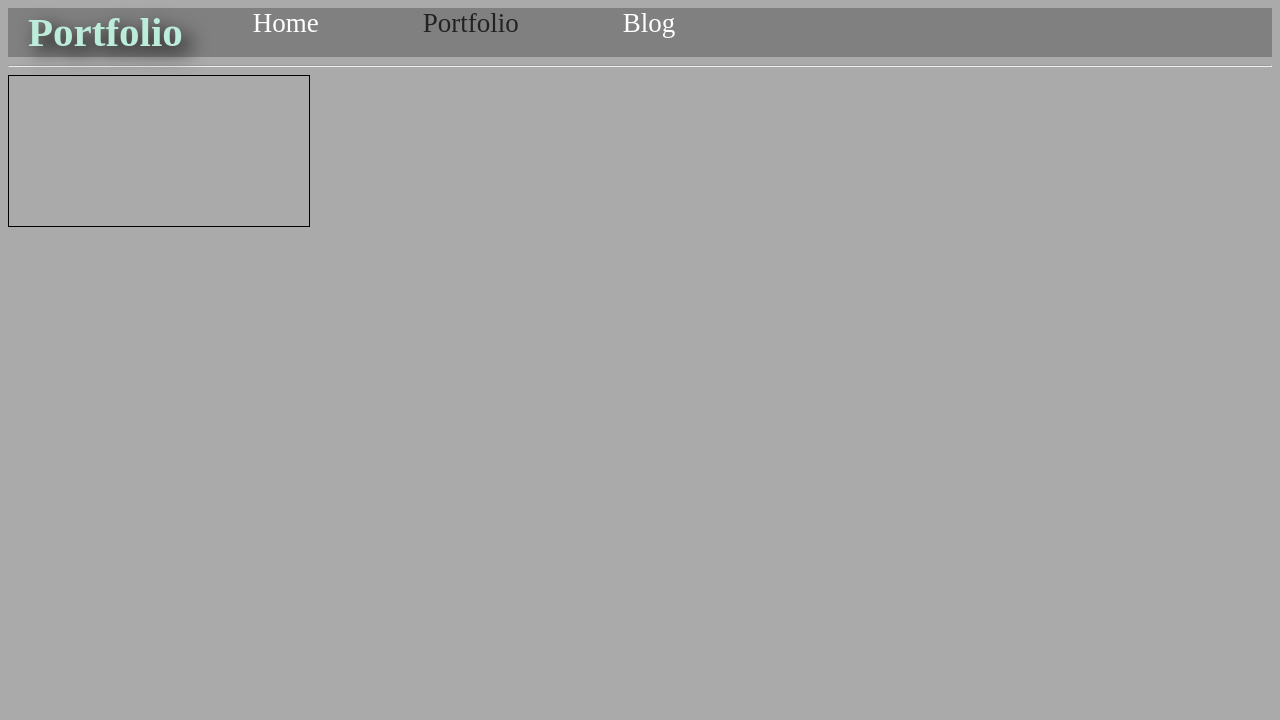
Repository: TundraGrassland/-TundraGrassland.github.io
Page: portfolio.html
The author's editor kept a record of every edit. The page is drawn from the files as they stood at one moment, then again after the next edit.
The browser window is 1280 px wide. The pictures show the whole page.

Above is the page before.

### portfolio.html
<!DOCTYPE html>
<html>
    <head>
        <title>Portfolio</title>
        <link rel='stylesheet' href='style.css'>
        <link rel='icon' href='favicon.ico' type='image/x-icon'/ >
        <meta http-equiv="Content-Type" content="text/html; charset=UTF-8" />
        <script type="text/javascript" src="js/processing.js"></script>
    </head>
    <body>
        <header>
            <h1>Portfolio</h1>
            <ul>
                <li><a class="interactive" href="index.html">Home</a></li>
                <li><a class="interactive current" href="portfolio.html">Portfolio</a></li>
                <li><a class="interactive" href="home.html">Blog</a></li>
            </ul>
            <br>
        </header>

        <hr>
        <script type="text/processing">

        </script>
        <canvas id="sketch" style="border: 1px solid black;"></canvas>
    </body>
</html>

### style.css
header a{
    text-decoration:none;
    color:white;
    font-size:27px;
}
header ul{
    margin:0;
    padding:0;
}
header li{
    float:none;
    display:inline;
    padding:30px 50px 100px 50px;
}
header .interactive:hover{
    color:lightblue;
    font-family:Times;
    filter: drop-shadow(8px 8px 10px black);
}
header h1{
    margin:0;

    float:left;

    padding:0 20px 5px 20px;
    font-size:41px;
    filter: drop-shadow(8px 8px 10px black);
    color:#bcecda;
}
header{
    background-color:grey;
}
body{
    background-color:#aaaaaa;
}
.content{

    color:#ff8f00;
}
.current{
    color:#222222;
}

Loaded but not shown: processing.js (library)

After the next edit:
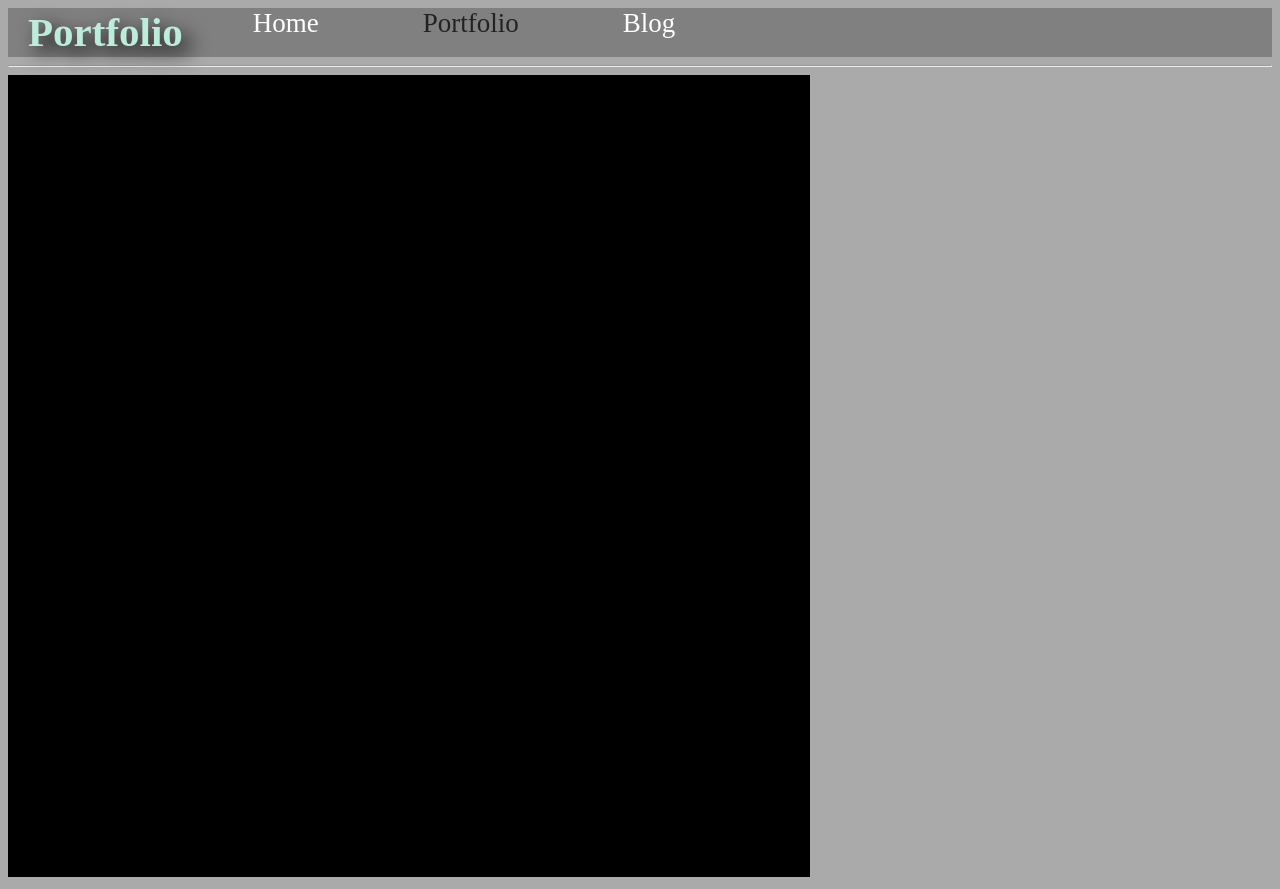
Console error: ReferenceError: circle is not defined
The edit:
--- a/portfolio.html
+++ b/portfolio.html
@@ -20,6 +20,15 @@
 
         <hr>
         <script type="text/processing">
+            void setup(){
+                size(800,800);
+            }
+
+            void draw(){
+                background(0);
+                circle(200,100,100)
+                fill(255)
+            }
 
         </script>
         <canvas id="sketch" style="border: 1px solid black;"></canvas>

After the 3 edits that followed:
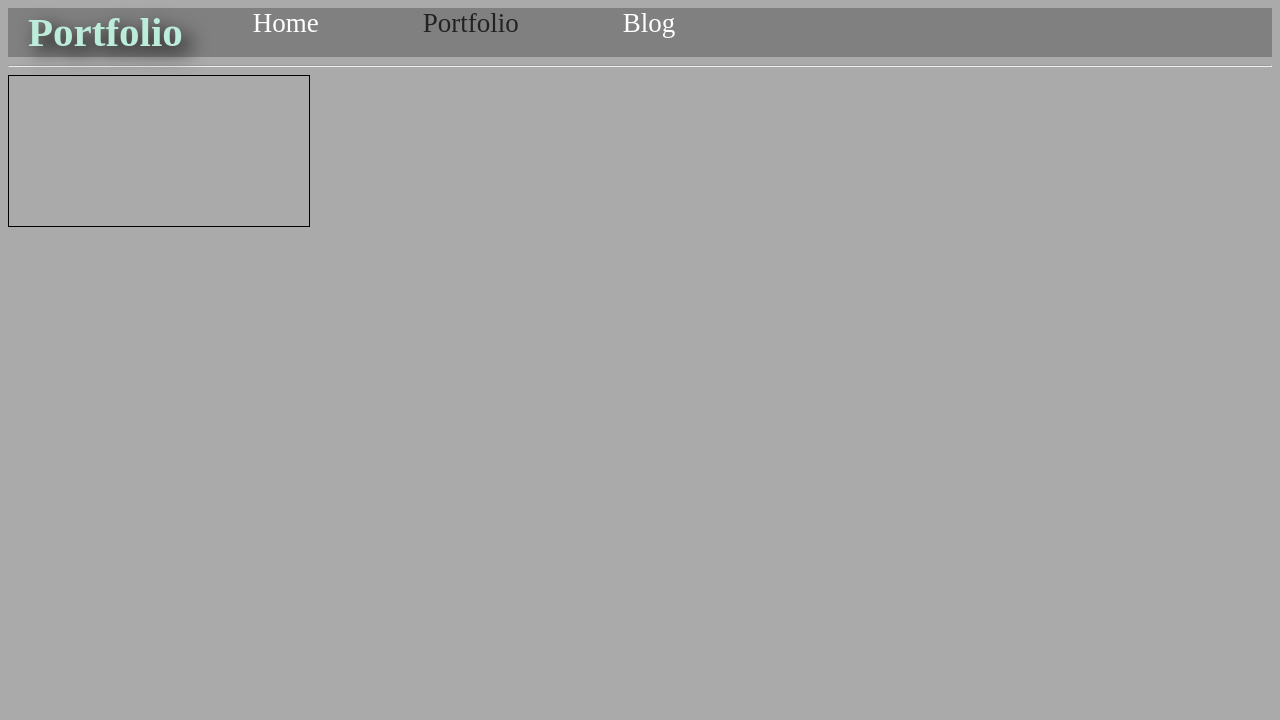
Console error: TypeError: score.bind is not a function
The 3 edits are shown as one change because 2 left the picture as it was.
The edit:
--- a/portfolio.html
+++ b/portfolio.html
@@ -3,7 +3,7 @@
     <head>
         <title>Portfolio</title>
         <link rel='stylesheet' href='style.css'>
-        <link rel='icon' href='favicon.ico' type='image/x-icon'/ >
+
         <meta http-equiv="Content-Type" content="text/html; charset=UTF-8" />
         <script type="text/javascript" src="js/processing.js"></script>
     </head>
@@ -13,21 +13,122 @@
             <ul>
                 <li><a class="interactive" href="index.html">Home</a></li>
                 <li><a class="interactive current" href="portfolio.html">Portfolio</a></li>
-                <li><a class="interactive" href="home.html">Blog</a></li>
+                <li><a class="interactive" href="blog.html">Blog</a></li>
             </ul>
             <br>
         </header>
 
         <hr>
         <script type="text/processing">
+            PImage bg, flake, topPipe, botPipe;
+            int bgx, bgy, fx, fy, g, Vfy;
+            int[] pipeX, pipeY; //Declare two arrays
+            int gameState, score;
+
+            //One time
             void setup(){
-                size(800,800);
+              size(800,486);
+              //noCursor();
+              bg = loadImage("./img/bg.PNG");
+              flake = loadImage("./img/flake.png");
+              topPipe = loadImage("./img/topPipe.png");
+              botPipe = loadImage("./img/bottomPipe.png");
+              fx = 100;
+              fy = 50;
+              g = 1; //Gravity = Speed of downward acceleration
+              pipeX = new int[5]; //[0,0,0,0]
+              pipeY = new int[pipeX.length];
+              //Populate the Array with values
+              for(int i = 0; i < pipeX.length; i++){
+                pipeX[i] = width/2 + 200*i;
+                pipeY[i] = (int)random(-350, 0);
+              }
+              gameState = -1;
             }
 
+            //Main Game Loop
             void draw(){
-                background(0);
-                circle(200,100,100)
-                fill(255)
+                if(gameState == -1){
+                  startScreen();
+                }else if(gameState == 0){
+                  setBg();
+                  setPipes();
+                  flake(); //Puts Flake on top
+                  score();
+                }else{
+                  fill(255);
+                  text("You Lose", 20, 100);
+                }
+            }
+
+            void score(){
+              fill(0);
+              textSize(32);
+              text("Score: " + score, width -170, 40);
+            }
+
+            void startScreen(){
+              image(bg, 0, 0);
+              textSize(40);
+              fill(255,50,30);
+              text("Welcome to Flappy Bird", 40, 100);
+              text("Click the mouse or any key to begin", 40, 200);
+              if(mousePressed){
+                fy = height/2;
+                gameState = 0;
+              }
+              if(keyPressed){
+                fy = height/2;
+                gameState = 0;
+              }
+            }
+
+            void setPipes(){
+                  for(int i = 0; i<pipeX.length; i++){
+                  image(topPipe, pipeX[i], pipeY[i]);
+                  image(botPipe, pipeX[i], pipeY[i] + 530);
+                  pipeX[i]-=4;
+                  if(pipeX[i] < -200){
+                    pipeX[i] = width;
+                  }
+                  if(fx > (pipeX[i] - 27) && fx < pipeX[i] + 90){
+                    if(!(fy > (pipeY[i] + 350 ) && fy < pipeY[i] + (350 + 180 - 45))){
+                      gameState = 1;
+                    }else if(fx == pipeX[i]){
+                      score++;
+                    }
+                  }
+                }
+            }
+
+            void flake(){
+                image(flake,fx,fy);
+                fy = fy + Vfy;
+                Vfy = Vfy + g;
+                if(fy > height || fy < 0){
+                  fill(255);
+                  textSize(42);
+                  text("Oh no Corn Flake fell off the screen", 70, 250);
+                  gameState = 1;
+                }
+            }
+
+            void mousePressed(){
+              Vfy = -12;
+            }
+
+            void keyPressed(){
+              Vfy = -12;
+            }
+
+            void setBg(){
+              image(bg, bgx, bgy);
+              image(bg, bgx + bg.width, bgy);
+              bgx = bgx - 4;
+
+              if(bgx < -bg.width){
+                bgx = 0; // Resets it once first image is done
+              }
             }
 
         </script>
